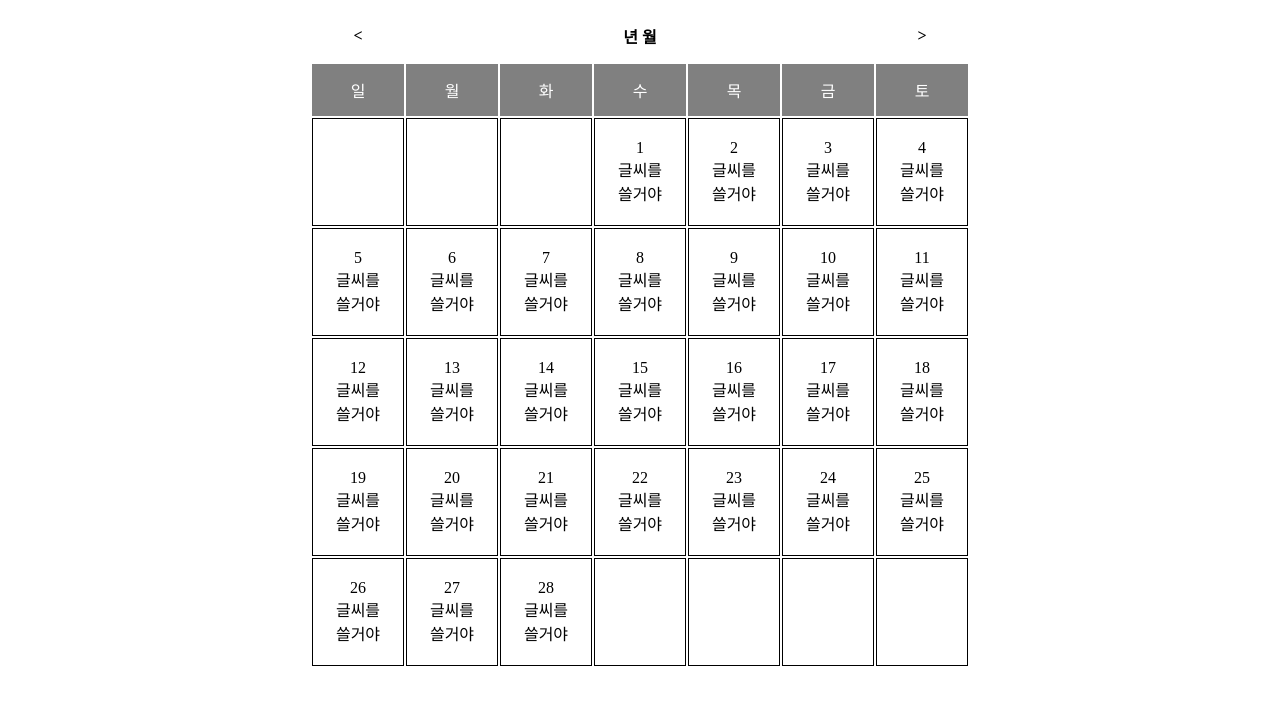
Repository: GreenPineTree/ProjectMoon
Page: http://localhost/ProjectMoon/WEB-INF/views/accountbook/assetmanageView_2.jsp
These files come from the project's save history. The page is drawn as it stood at one moment and after the next save; the edit follows.
The browser window is 1280 px wide. The pictures show the whole page.
The page is served by Tomcat 9. Nobody is signed in. Other server files are loaded and not shown. The template is opened directly, without the code that normally fills it, so the values that code supplies are empty.

Above is the page before, as saved 2023-04-02 10:57:07.

### ProjectMoon/src/main/webapp/WEB-INF/views/accountbook/assetmanageView_2.jsp
<%@ page language="java" contentType="text/html; charset=UTF-8"
	pageEncoding="UTF-8"%>
<%@ taglib prefix="c" uri="http://java.sun.com/jsp/jstl/core"%>
<!DOCTYPE html>
<html>
<head>
<meta http-equiv="Content-Type" content="text/html; charset=UTF-8" />
<script src="http://code.jquery.com/jquery-3.5.1.min.js"></script>

<script type="text/javascript">

$(document).ready(function(){
	buildCalendar();

})


function buildCalendar(){

	var date = new Date();

	var calendarYear = date.getFullYear();		// 현재 연도 구하기
	var calendarMonth = date.getMonth();	// 현재 월 구하기(월은 0부터 시작이므로 실제월보다 -1 차이가 남)
	var calendarToday = date.getDate();			// 현재 날짜 구하기

	var firstDate = new Date(calendarYear, calendarMonth, 1);		// 요일, 월, 일, 연, 시간 표기
	var monthLastDate = new Date(calendarYear, calendarMonth + 1, 0);	// 요일, 월, 일, 연, 시간 표기
	var lastDate = monthLastDate.getDate();		// 마지막 날짜

	var firstDay = firstDate.getDay();	// 1일의 요일
	var lastDay = monthLastDate.getDay();	// 마지막날의 요일

	var calendarWeekCount = Math.ceil((firstDay + lastDate)/7);		// 해당월의 주 수((시작요일 위치 + 월의 마지막 날짜) / 7)

	var list = '';

	if($('#CalendarBody').length > 0){

	}
	var calendarPos = 0;	// 달력 위치
	var calendarDay = 0;	// 날짜
	for(var i = 0; i < calendarWeekCount; i++){
		list += '<tr>';
		for(var j = 0; j < 7; j++){
			list += '<td style=\"border: solid 1px black; padding: 20px 20px;\">';
			if(firstDay <= calendarPos && calendarDay < lastDate){
				calendarDay++;
				list += '<span style="text-align: left;">' + calendarDay + '</span><br>';
				list += '<span>글씨를 쓸거야</span>';
			}


			list += '</td>';
			calendarPos++;
		}
		list += '</tr>';
	}
	$('#CalendarBody').append(list);

}



</script>


<title>자산 현황</title>

<style>
        td {
            width: 50px;
            height: 50px;
        }

        .Calendar {
            text-align: center;
            margin: 0 auto;
        }

        .Calendar>thead>tr:first-child>td { font-weight: bold; }

        .Calendar>thead>tr:last-child>td {
            background-color: gray;
            color: white;
        }

        .pastDay{ background-color: lightgray; }

        .today{
            background-color: #FFCA64;
            cursor: pointer;
        }

        .futureDay{
            background-color: #FFFFFF;
            cursor: pointer;
        }

        .futureDay.choiceDay, .today.choiceDay{
            background-color: #3E85EF;
            color: #fff;
            cursor: pointer;
        }
</style>
</head>
<body>
	<div>
	<!-- 은행별 잔액표시 -->
	<c:forEach var="list" items="${rtnList }">
		<table  style="border: 1px solid gold; float: left; width: 25%;">
			<thead>
				<tr>
					<td>${list.bank }</td>
				</tr>
			</thead>
			<tbody>
				<tr>
					<td>${list.amount }</td>
				</tr>
			</tbody>
		</table>
	</c:forEach>
	</div>
	<div>
	<!-- 달력을 출력하여 해당 날짜에 자금 흐름 출력(은행별선택가능 / 입,출,이체간 글씨색 다르게 / ) -->
		<table class="Calendar">
			<thead>
				<tr>
					<td onClick="prevCalendar();" style="cursor:pointer;">&#60;</td>
					<td colspan="5">
						<span id="calYear"></span>년
						<span id="calMonth"></span>월
					</td>
					<td onClick="nextCalendar();" style="cursor:pointer;">&#62;</td>
				</tr>
				<tr>
					<td>일</td>
					<td>월</td>
					<td>화</td>
					<td>수</td>
					<td>목</td>
					<td>금</td>
					<td>토</td>
				</tr>
			</thead>
			<tbody id="CalendarBody">
			</tbody>
		</table>
	</div>

</body>
</html>

After the next save:
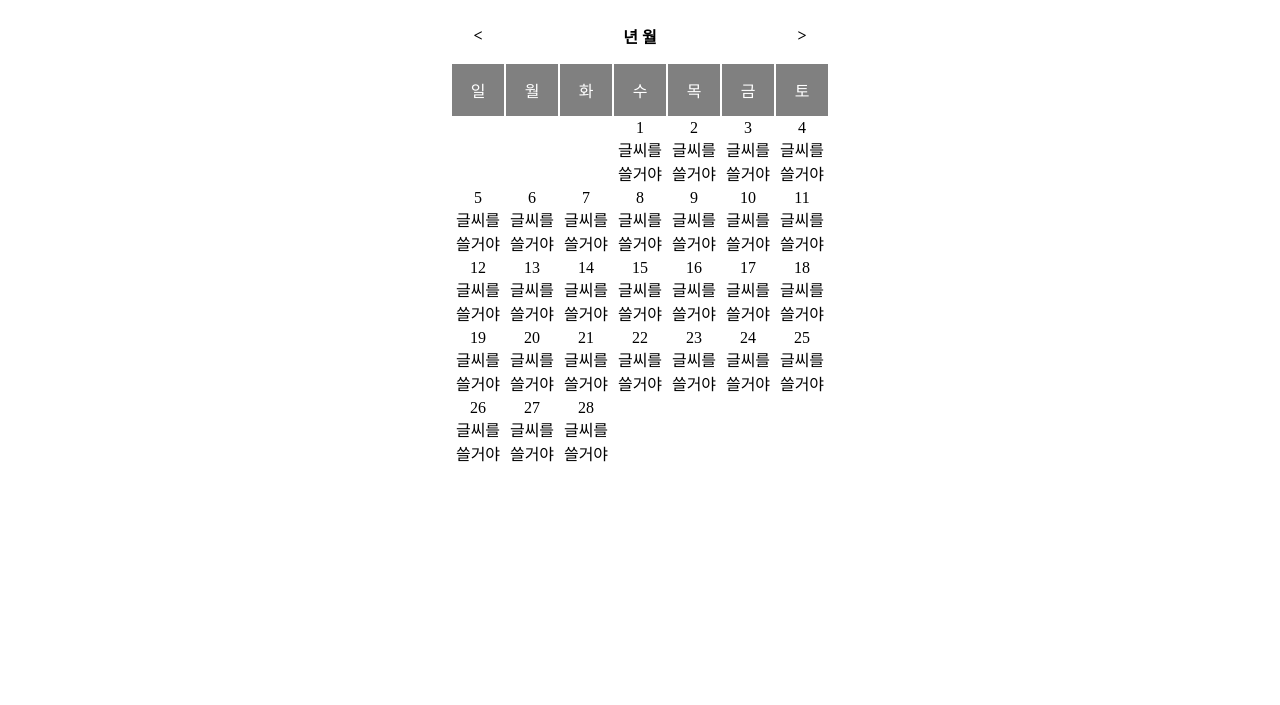
Saved 25 s later.
--- a/ProjectMoon/src/main/webapp/WEB-INF/views/accountbook/assetmanageView_2.jsp
+++ b/ProjectMoon/src/main/webapp/WEB-INF/views/accountbook/assetmanageView_2.jsp
@@ -42,10 +42,10 @@ function buildCalendar(){
 	for(var i = 0; i < calendarWeekCount; i++){
 		list += '<tr>';
 		for(var j = 0; j < 7; j++){
-			list += '<td style=\"border: solid 1px black; padding: 20px 20px;\">';
+			list += '<td>';
 			if(firstDay <= calendarPos && calendarDay < lastDate){
 				calendarDay++;
-				list += '<span style="text-align: left;">' + calendarDay + '</span><br>';
+				list += '<span>' + calendarDay + '</span><br>';
 				list += '<span>글씨를 쓸거야</span>';
 			}
 
